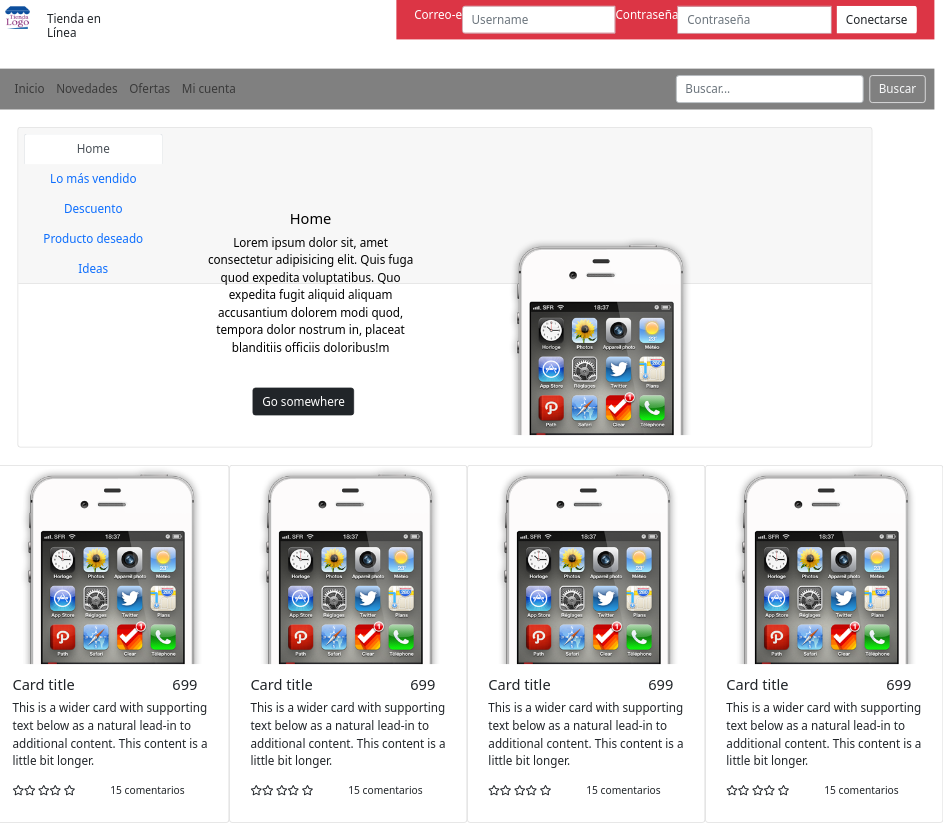
Repository: nicorp00/bootstrapSass
Page: Main/index.html
These files come from the project's save history. The page is drawn as it stood at one moment and after a run of saves; the edit follows.
The browser window is 1280 px wide. The page is 1292 px wide, so the pictures cover 1292 px, including what lies to the right of the window. The pictures show the whole page, at 73% of full size.
Some web libraries are served in a nearby version. The style sheet was rebuilt from its Sass, Less or Tailwind sources for each picture, by a compiler version that may differ from the author's.

Above is the page before, as saved 2022-03-25 12:06:24.

### Main/index.html
<!DOCTYPE html>
<html lang="en">
<head>
    <meta charset="UTF-8">
    <meta http-equiv="X-UA-Compatible" content="IE=edge">
    <meta name="viewport" content="width=device-width, initial-scale=1.0">
    <title>Document</title>
    <link rel="stylesheet" href="css/style.css">
    <link rel="stylesheet" href="css/bootstrap.min.css">
    <link rel="stylesheet" href="https://use.fontawesome.com/releases/v5.8.1/css/all.css"
        integrity="sha384-50oBUHEmvpQ+1lW4y57PTFmhCaXp0ML5d60M1M7uH2+nqUivzIebhndOJK28anvf" crossorigin="anonymous">
</head>
<body>
    <section class="section__top row">
        <div class="col-2">
            <div class="card mb-3 border-0" style="max-width: 540px;">
                <div class="row g-0">
                  <div class="col-md-3">
                    <img src="img/logo.png" class="img-fluid rounded-start" alt="...">
                  </div>
                  <div class="col-md-9">
                    <div class="card-body">
                      <h6 class="card-title">Tienda en Línea</h6>
                    </div>
                  </div>
                </div>
              </div>
        </div>
        <div class="col-3"></div>
        <div class="top-nav col-7">
            <nav class="navbar navbar-danger bg-danger">
                <form class="container-fluid">
                  <div class="input-group">
                    <!--<span class="input-group-text" id="basic-addon1">@</span>-->
                    Correo-e<input type="text" class="form-control" placeholder="Username" aria-label="Correo@" aria-describedby="basic-addon1">
                    Contraseña<input class="form-control me-2" type="search" placeholder="Contraseña" aria-label="Search">
                    <button class="btn btn-outline" type="submit">Conectarse</button>
                  </div>
                </form>
              </nav>
        </div>
    </section>

    <section class="section__nav">
        <nav class="navbar navbar-expand-lg navbar-light">
            <div class="container-fluid">
              <button class="navbar-toggler" type="button" data-bs-toggle="collapse" data-bs-target="#navbarSupportedContent" aria-controls="navbarSupportedContent" aria-expanded="false" aria-label="Toggle navigation">
                <span class="navbar-toggler-icon"></span>
              </button>
              <div class="collapse navbar-collapse" id="navbarSupportedContent">
                <ul class="navbar-nav me-auto mb-2 mb-lg-0">
                  <li class="nav-item">
                    <a class="nav-link" aria-current="page" href="#">Inicio</a>
                  </li>
                  <li class="nav-item">
                    <a class="nav-link" href="#">Novedades</a>
                  </li>
                  <li class="nav-item">
                    <a class="nav-link" href="#">Ofertas</a>
                  </li>
                  <li class="nav-item">
                    <a class="nav-link" href="#">Mi cuenta</a>
                  </li>
                </ul>
                <form class="d-flex">
                  <input class="form-control me-2" type="search" placeholder="Buscar..." aria-label="Search">
                  <button class="btn btn-outline-light" type="submit">Buscar</button>
                </form>
              </div>
            </div>
          </nav>
    </section>

    <section class="section__1">
        <div class="row">
            <div class="m-4 col-11 text-black">
                <div class="card text-center">
                    <div class="card-header">
                        <ul class="nav nav-tabs card-header-tabs flex-column col-2" id="myTab">
                            <li class="nav-item">
                                <a href="#home" class="nav-link active" data-bs-toggle="tab">Home</a>
                            </li>
                            <li class="nav-item">
                                <a href="#vendido" class="nav-link" data-bs-toggle="tab">Lo más vendido</a>
                            </li>
                            <li class="nav-item">
                                <a href="#descuento" class="nav-link" data-bs-toggle="tab">Descuento</a>
                            </li>
                            <li class="nav-item">
                              <a href="#deseado" class="nav-link" data-bs-toggle="tab">Producto deseado</a>
                          </li>
                          <li class="nav-item">
                                <a href="#ideas" class="nav-link" data-bs-toggle="tab">Ideas</a>
                            </li>
                        </ul>
                    </div>
                    <div class="card-body">
                        <div class="tab-content">
                            <div class="tab-pane fade show active" id="home">
                                <h5 class="card-title col-4">Home</h5>
                                <p class="card-text col-4">Lorem ipsum dolor sit, amet consectetur adipisicing elit. Quis fuga quod expedita voluptatibus. Quo expedita fugit aliquid aliquam accusantium dolorem modi quod, tempora dolor nostrum in, placeat blanditiis officiis doloribus!m</p>
                                <a href="#" class="btn btn-dark">Go somewhere</a>
                                <img class="img-fluid col-4" src="img/iphone.png">
                            </div>

                            <div class="tab-pane fade show" id="vendido">
                              <h5 class="card-title col-4">Home</h5>
                              <p class="card-text col-4">Lorem ipsum dolor sit, amet consectetur adipisicing elit. Quis fuga quod expedita voluptatibus. Quo expedita fugit aliquid aliquam accusantium dolorem modi quod, tempora dolor nostrum in, placeat blanditiis officiis doloribus!m</p>
                              <a href="#" class="btn btn-dark">Go somewhere</a>
                              <img class="img-fluid col-4" src="img/ipad.png">
                          </div>

                          <div class="tab-pane fade show" id="descuento">
                            <h5 class="card-title col-4">Home</h5>
                            <p class="card-text col-4">Lorem ipsum dolor sit, amet consectetur adipisicing elit. Quis fuga quod expedita voluptatibus. Quo expedita fugit aliquid aliquam accusantium dolorem modi quod, tempora dolor nostrum in, placeat blanditiis officiis doloribus!m</p>
                            <a href="#" class="btn btn-dark">Go somewhere</a>
                            <img class="img-fluid col-4" src="img/ps4.png">
                        </div>

                        <div class="tab-pane fade show" id="deseado">
                          <h5 class="card-title col-4">Home</h5>
                          <p class="card-text col-4">Lorem ipsum dolor sit, amet consectetur adipisicing elit. Quis fuga quod expedita voluptatibus. Quo expedita fugit aliquid aliquam accusantium dolorem modi quod, tempora dolor nostrum in, placeat blanditiis officiis doloribus!m</p>
                          <a href="#" class="btn btn-dark">Go somewhere</a>
                          <img class="img-fluid col-4" src="img/s5.png">
                      </div>

                      <div class="tab-pane fade show" id="ideas">
                        <h5 class="card-title col-4">Home</h5>
                        <p class="card-text col-4">Lorem ipsum dolor sit, amet consectetur adipisicing elit. Quis fuga quod expedita voluptatibus. Quo expedita fugit aliquid aliquam accusantium dolorem modi quod, tempora dolor nostrum in, placeat blanditiis officiis doloribus!m</p>
                        <a href="#" class="btn btn-dark">Go somewhere</a>
                        <img class="img-fluid col-4" src="img/tv.png">
                    </div>
                        </div>
                    </div>
                </div>
            </div>
        </div>
    </section>

    <section class="">
      <div class="row">
        <div class="card col-3">
          <img src="img/iphone.png" class="card-img-top img-fluid" alt="...">
          <div class="card-body row">
            <h5 class="card-title col-9">Card title</h5>
            <h5 class="card-title col-3">699</h5>
            <p class="card-text">This is a wider card with supporting text below as a natural lead-in to additional content. This content is a little bit longer.</p>
            <div class="row">
            <p class="card-text col-6"><small class=""><i class="far fa-star"></i><i class="far fa-star"></i>
                                                  <i class="far fa-star"></i><i class="far fa-star"></i>
                                                  <i class="far fa-star"></i>
              </small>
              </p>
              <span class="card-text col-6"><small class="">15 comentarios</small></span>
            </div>
          </div>
        </div>

        <div class="card col-3">
          <img src="img/iphone.png" class="card-img-top img-fluid" alt="...">
          <div class="card-body row">
            <h5 class="card-title col-9">Card title</h5>
            <h5 class="card-title col-3">699</h5>
            <p class="card-text">This is a wider card with supporting text below as a natural lead-in to additional content. This content is a little bit longer.</p>
            <div class="row">
            <p class="card-text col-6"><small class=""><i class="far fa-star"></i><i class="far fa-star"></i>
                                                  <i class="far fa-star"></i><i class="far fa-star"></i>
                                                  <i class="far fa-star"></i>
              </small>
              </p>
              <span class="card-text col-6"><small class="">15 comentarios</small></span>
            </div>
          </div>
        </div>

        <div class="card col-3">
          <img src="img/iphone.png" class="card-img-top img-fluid" alt="...">
          <div class="card-body row">
            <h5 class="card-title col-9">Card title</h5>
            <h5 class="card-title col-3">699</h5>
            <p class="card-text">This is a wider card with supporting text below as a natural lead-in to additional content. This content is a little bit longer.</p>
            <div class="row">
            <p class="card-text col-6"><small class=""><i class="far fa-star"></i><i class="far fa-star"></i>
                                                  <i class="far fa-star"></i><i class="far fa-star"></i>
                                                  <i class="far fa-star"></i>
              </small>
              </p>
              <span class="card-text col-6"><small class="">15 comentarios</small></span>
            </div>
          </div>
        </div>

        <div class="card col-3">
          <img src="img/iphone.png" class="card-img-top img-fluid" alt="...">
          <div class="card-body row">
            <h5 class="card-title col-9">Card title</h5>
            <h5 class="card-title col-3">699</h5>
            <p class="card-text">This is a wider card with supporting text below as a natural lead-in to additional content. This content is a little bit longer.</p>
            <div class="row">
            <p class="card-text col-6"><small class=""><i class="far fa-star"></i><i class="far fa-star"></i>
                                                  <i class="far fa-star"></i><i class="far fa-star"></i>
                                                  <i class="far fa-star"></i>
              </small>
              </p>
              <span class="card-text col-6"><small class="">15 comentarios</small></span>
            </div>
          </div>
        </div>


      </div>
    </section>
    <script src="js/bootstrap.min.js"></script>
</body>
</html>

### Main/scss/style.scss
@use 'section__top';
@use 'section__nav';
@use 'section__1';

### Main/scss/_section__top.scss
.section__top{
    span{
        margin-left: 20%;
    }
    form{
        color: white;
    }
    button{
        background-color: white;
    }
}

### Main/scss/_section__nav.scss
.section__nav{
    background-color: grey;

    .nav-item{
        color: white;
    }
}

### Main/scss/_section__1.scss
.section__1{
    .card-body{
        margin-left: 20%;
        margin-top: -10%;

        img{
            margin-top: -20%;
            margin-left: 20%;
        }

        .btn{
            margin-left: -15%;
        }

    }
}

Loaded but not shown: Main/css/bootstrap.min.css (library); Main/js/bootstrap.min.js (library)

After the next 3 saves:
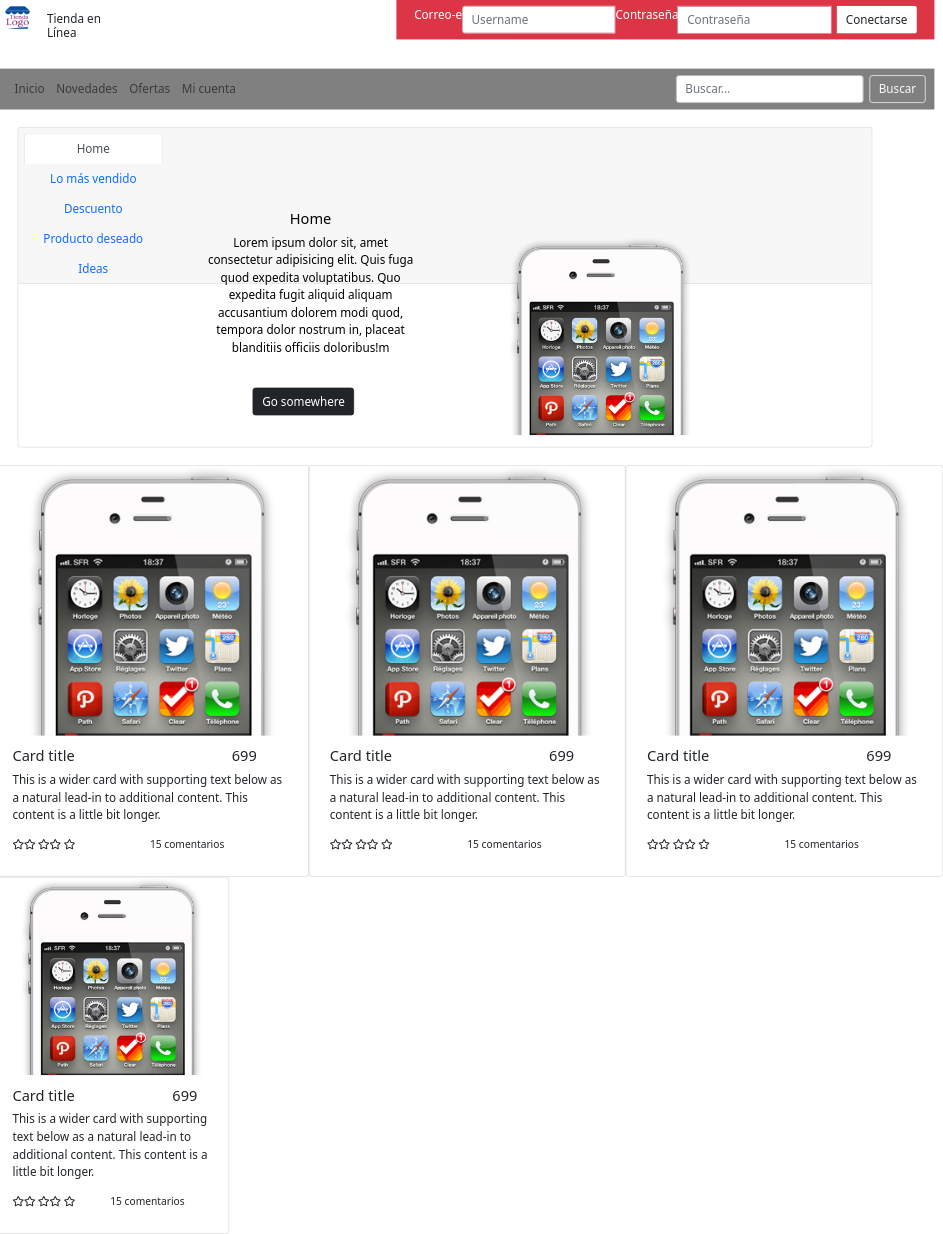
The 3 saves are shown as one change because they came seconds apart.
The last was saved 9 s later.
--- a/Main/index.html
+++ b/Main/index.html
@@ -139,41 +139,41 @@
 
     <section class="">
       <div class="row">
-        <div class="card col-3">
-          <img src="img/iphone.png" class="card-img-top img-fluid" alt="...">
-          <div class="card-body row">
-            <h5 class="card-title col-9">Card title</h5>
-            <h5 class="card-title col-3">699</h5>
-            <p class="card-text">This is a wider card with supporting text below as a natural lead-in to additional content. This content is a little bit longer.</p>
-            <div class="row">
-            <p class="card-text col-6"><small class=""><i class="far fa-star"></i><i class="far fa-star"></i>
-                                                  <i class="far fa-star"></i><i class="far fa-star"></i>
-                                                  <i class="far fa-star"></i>
-              </small>
-              </p>
-              <span class="card-text col-6"><small class="">15 comentarios</small></span>
-            </div>
-          </div>
-        </div>
-
-        <div class="card col-3">
-          <img src="img/iphone.png" class="card-img-top img-fluid" alt="...">
-          <div class="card-body row">
-            <h5 class="card-title col-9">Card title</h5>
-            <h5 class="card-title col-3">699</h5>
-            <p class="card-text">This is a wider card with supporting text below as a natural lead-in to additional content. This content is a little bit longer.</p>
-            <div class="row">
-            <p class="card-text col-6"><small class=""><i class="far fa-star"></i><i class="far fa-star"></i>
-                                                  <i class="far fa-star"></i><i class="far fa-star"></i>
-                                                  <i class="far fa-star"></i>
-              </small>
-              </p>
-              <span class="card-text col-6"><small class="">15 comentarios</small></span>
-            </div>
-          </div>
-        </div>
-
-        <div class="card col-3">
+        <div class="card col-4">
+          <img src="img/iphone.png" class="card-img-top img-fluid" alt="...">
+          <div class="card-body row">
+            <h5 class="card-title col-9">Card title</h5>
+            <h5 class="card-title col-3">699</h5>
+            <p class="card-text">This is a wider card with supporting text below as a natural lead-in to additional content. This content is a little bit longer.</p>
+            <div class="row">
+            <p class="card-text col-6"><small class=""><i class="far fa-star"></i><i class="far fa-star"></i>
+                                                  <i class="far fa-star"></i><i class="far fa-star"></i>
+                                                  <i class="far fa-star"></i>
+              </small>
+              </p>
+              <span class="card-text col-6"><small class="">15 comentarios</small></span>
+            </div>
+          </div>
+        </div>
+
+        <div class="card col-4">
+          <img src="img/iphone.png" class="card-img-top img-fluid" alt="...">
+          <div class="card-body row">
+            <h5 class="card-title col-9">Card title</h5>
+            <h5 class="card-title col-3">699</h5>
+            <p class="card-text">This is a wider card with supporting text below as a natural lead-in to additional content. This content is a little bit longer.</p>
+            <div class="row">
+            <p class="card-text col-6"><small class=""><i class="far fa-star"></i><i class="far fa-star"></i>
+                                                  <i class="far fa-star"></i><i class="far fa-star"></i>
+                                                  <i class="far fa-star"></i>
+              </small>
+              </p>
+              <span class="card-text col-6"><small class="">15 comentarios</small></span>
+            </div>
+          </div>
+        </div>
+
+        <div class="card col-4">
           <img src="img/iphone.png" class="card-img-top img-fluid" alt="...">
           <div class="card-body row">
             <h5 class="card-title col-9">Card title</h5>
